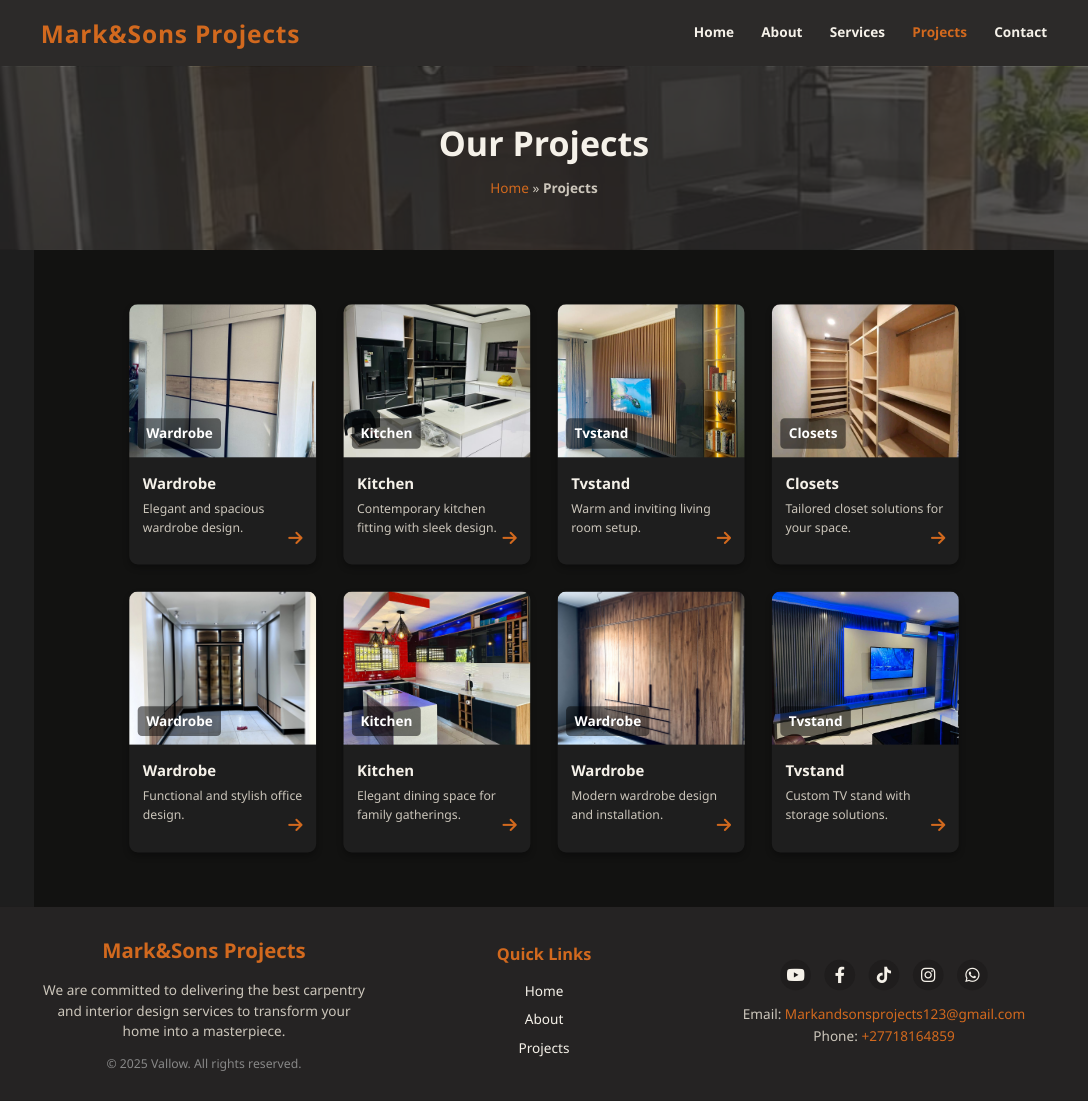
Repository: VallowEvido/Mark-SonsProjects
Page: projects.html
These files come from the project's save history. The page is drawn as it stood at one moment and after a run of saves; the edit follows.
The browser window is 1280 px wide. The pictures show the whole page, at 85% of full size.

Above is the page before, as saved 2025-07-21 16:33:26.

### projects.html
<!DOCTYPE html>
<html lang="en">
<head>
  <meta charset="UTF-8" />
  <meta name="viewport" content="width=device-width, initial-scale=1" />
  <title>Our Projects - Carpentry</title>
  <link rel="stylesheet" href="styles.css" />
  <link rel="stylesheet" href="https://cdnjs.cloudflare.com/ajax/libs/font-awesome/6.4.0/css/all.min.css" />
  <style>
    /* Lightbox styles */
    #lightboxOverlay {
      position: fixed;
      top: 0;
      left: 0;
      width: 100vw;
      height: 100vh;
      background-color: rgba(0,0,0,0.8);
      display: none;
      justify-content: center;
      align-items: center;
      z-index: 10000;
    }
    #lightboxOverlay img {
      max-width: 90%;
      max-height: 90%;
      border-radius: 10px;
      box-shadow: 0 0 20px #d2691e;
    }
    #lightboxOverlay .close-btn {
      position: absolute;
      top: 20px;
      right: 30px;
      font-size: 2rem;
      color: #fff;
      cursor: pointer;
      user-select: none;
    }
  </style>
</head>
<body>
  <nav>
    <div class="logo">Mark&Sons Projects</div>
    <ul>
      <li><a href="home.html">Home</a></li>
      <li><a href="about.html">About</a></li>
      <li><a href="services.html">Services</a></li>
      <li><a href="projects.html" class="active">Projects</a></li>
      <li><a href="contact.html">Contact</a></li>
    </ul>
  </nav>

  <section class="projects-hero">
    <div class="projects-hero-content">
      <h1>Our Projects</h1>
      <p><a href="home.html">Home</a> &raquo; <strong>Projects</strong></p>
    </div>
  </section>

  <section class="projects-main">
    <div class="projects-grid">
      <div class="project-card">
        <div class="project-image-container" style="position: relative;">
          <img src="images/wardrobe/IMG-20250712-WA0010.jpg" alt="Wardrobe" class="lightbox-trigger" />
          <div class="project-image-text" style="position: absolute; bottom: 10px; left: 10px; color: white; background-color: rgba(0,0,0,0.5); padding: 5px 10px; border-radius: 5px; font-weight: 700;">Wardrobe</div>
        </div>
        <div class="project-info">
          <h3>Wardrobe</h3>
          <p>Elegant and spacious wardrobe design.</p>
          <a href="#" class="project-link"><i class="fas fa-arrow-right"></i></a>
        </div>
      </div>
      <div class="project-card">
        <div class="project-image-container" style="position: relative;">
          <img src="images/kitchen/IMG-20241116-WA0012.jpg" alt="Kitchen" class="lightbox-trigger" />
          <div class="project-image-text" style="position: absolute; bottom: 10px; left: 10px; color: white; background-color: rgba(0,0,0,0.5); padding: 5px 10px; border-radius: 5px; font-weight: 700;">Kitchen</div>
        </div>
        <div class="project-info">
          <h3>Kitchen</h3>
          <p>Contemporary kitchen fitting with sleek design.</p>
          <a href="#" class="project-link"><i class="fas fa-arrow-right"></i></a>
        </div>
      </div>
      <div class="project-card">
        <div class="project-image-container" style="position: relative;">
          <img src="images/tvstand/IMG-20240621-WA0041.jpg" alt="Tvstand" class="lightbox-trigger" />
          <div class="project-image-text" style="position: absolute; bottom: 10px; left: 10px; color: white; background-color: rgba(0,0,0,0.5); padding: 5px 10px; border-radius: 5px; font-weight: 700;">Tvstand</div>
        </div>
        <div class="project-info">
          <h3>Tvstand</h3>
          <p>Warm and inviting living room setup.</p>
          <a href="#" class="project-link"><i class="fas fa-arrow-right"></i></a>
        </div>
      </div>
      <div class="project-card">
        <div class="project-image-container" style="position: relative;">
          <img src="images/closets/closet.jpg" alt="Closets" class="lightbox-trigger" />
          <div class="project-image-text" style="position: absolute; bottom: 10px; left: 10px; color: white; background-color: rgba(0,0,0,0.5); padding: 5px 10px; border-radius: 5px; font-weight: 700;">Closets</div>
        </div>
        <div class="project-info">
          <h3>Closets</h3>
          <p>Tailored closet solutions for your space.</p>
          <a href="#" class="project-link"><i class="fas fa-arrow-right"></i></a>
        </div>
      </div>
      <div class="project-card">
        <div class="project-image-container" style="position: relative;">
          <img src="images/wardrobe/wed2.jpg" alt="Wardrobe" class="lightbox-trigger" />
          <div class="project-image-text" style="position: absolute; bottom: 10px; left: 10px; color: white; background-color: rgba(0,0,0,0.5); padding: 5px 10px; border-radius: 5px; font-weight: 700;">Wardrobe</div>
        </div>
        <div class="project-info">
          <h3>Wardrobe</h3>
          <p>Functional and stylish office design.</p>
          <a href="#" class="project-link"><i class="fas fa-arrow-right"></i></a>
        </div>
      </div>
      <div class="project-card">
        <div class="project-image-container" style="position: relative;">
          <img src="images/kitchen/IMG-20241116-WA0015.jpg" alt="Kitchen" class="lightbox-trigger" />
          <div class="project-image-text" style="position: absolute; bottom: 10px; left: 10px; color: white; background-color: rgba(0,0,0,0.5); padding: 5px 10px; border-radius: 5px; font-weight: 700;">Kitchen</div>
        </div>
        <div class="project-info">
          <h3>Kitchen</h3>
          <p>Elegant dining space for family gatherings.</p>
          <a href="#" class="project-link"><i class="fas fa-arrow-right"></i></a>
        </div>
      </div>
      <div class="project-card">
        <div class="project-image-container" style="position: relative;">
          <img src="images/wardrobe/IMG-20250706-WA0008.jpg" alt="Wardrobe" class="lightbox-trigger" />
          <div class="project-image-text" style="position: absolute; bottom: 10px; left: 10px; color: white; background-color: rgba(0,0,0,0.5); padding: 5px 10px; border-radius: 5px; font-weight: 700;">Wardrobe</div>
        </div>
        <div class="project-info">
          <h3>Wardrobe</h3>
          <p>Modern wardrobe design and installation.</p>
          <a href="#" class="project-link"><i class="fas fa-arrow-right"></i></a>
        </div>
      </div>
      <div class="project-card">
        <div class="project-image-container" style="position: relative;">
          <img src="images/tvstand/IMG-20250712-WA0015.jpg" alt="Tvstand" class="lightbox-trigger" />
          <div class="project-image-text" style="position: absolute; bottom: 10px; left: 10px; color: white; background-color: rgba(0,0,0,0.5); padding: 5px 10px; border-radius: 5px; font-weight: 700;">Tvstand</div>
        </div>
        <div class="project-info">
          <h3>Tvstand</h3>
          <p>Custom TV stand with storage solutions.</p>
          <a href="#" class="project-link"><i class="fas fa-arrow-right"></i></a>
        </div>
      </div>
    </div>
  </section>

  <footer class="site-footer">
    <div id="lightboxOverlay">
      <span class="close-btn" id="lightboxClose">&times;</span>
      <img id="lightboxImage" src="" alt="Expanded project image" />
    </div>
    <div class="footer-container">
      <div class="footer-left">
        <h3>Mark&Sons Projects</h3>
        <p>We are committed to delivering the best carpentry and interior design services to transform your home into a masterpiece.</p>
        <p class="rights">© 2025 Vallow. All rights reserved.</p>
      </div>
      <div class="footer-center">
        <h4>Quick Links</h4>
        <ul class="footer-links">
          <li><a href="home.html">Home</a></li>
          <li><a href="about.html">About</a></li>
          <li><a href="projects.html">Projects</a></li>
        </ul>
      </div>
      <div class="footer-right">
        <div class="social-icons">
          <a href="https://www.youtube.com/channel/UC0Jy5UPg4950wgbBKARIvhw" aria-label="YouTube" class="youtube"><i class="fab fa-youtube"></i></a>
          <a href="#" aria-label="Facebook" class="facebook"><i class="fab fa-facebook-f"></i></a>
          <a href="#" aria-label="TikTok" class="tiktok"><i class="fab fa-tiktok"></i></a>
          <a href="#" aria-label="Instagram" class="instagram"><i class="fab fa-instagram"></i></a>
          <a href="https://wa.me/27718164859" aria-label="WhatsApp" class="whatsapp"><i class="fab fa-whatsapp"></i></a>
        </div>
        <div class="contact-details">
          <p>Email: <a href="mailto:Markandsonsprojects123@gmail.com">Markandsonsprojects123@gmail.com</a></p>
          <p>Phone: <a href="tel:+27718164859">+27718164859</a></p>
        </div>
      </div>
    </div>
  </footer>

  <script>
    (function() {
      const lightboxOverlay = document.getElementById('lightboxOverlay');
      const lightboxImage = document.getElementById('lightboxImage');
      const lightboxClose = document.getElementById('lightboxClose');
      const triggers = document.querySelectorAll('.lightbox-trigger');

      triggers.forEach(trigger => {
        trigger.addEventListener('click', function() {
          lightboxImage.src = this.src;
          lightboxOverlay.style.display = 'flex';
        });
      });

      lightboxClose.addEventListener('click', function() {
        lightboxOverlay.style.display = 'none';
        lightboxImage.src = '';
      });

      lightboxOverlay.addEventListener('click', function(e) {
        if (e.target === lightboxOverlay) {
          lightboxOverlay.style.display = 'none';
          lightboxImage.src = '';
        }
      });
    })();
  </script>
</body>
</html>

Loaded but not shown: styles.css (1719 lines, source omitted)

After the next 5 saves:
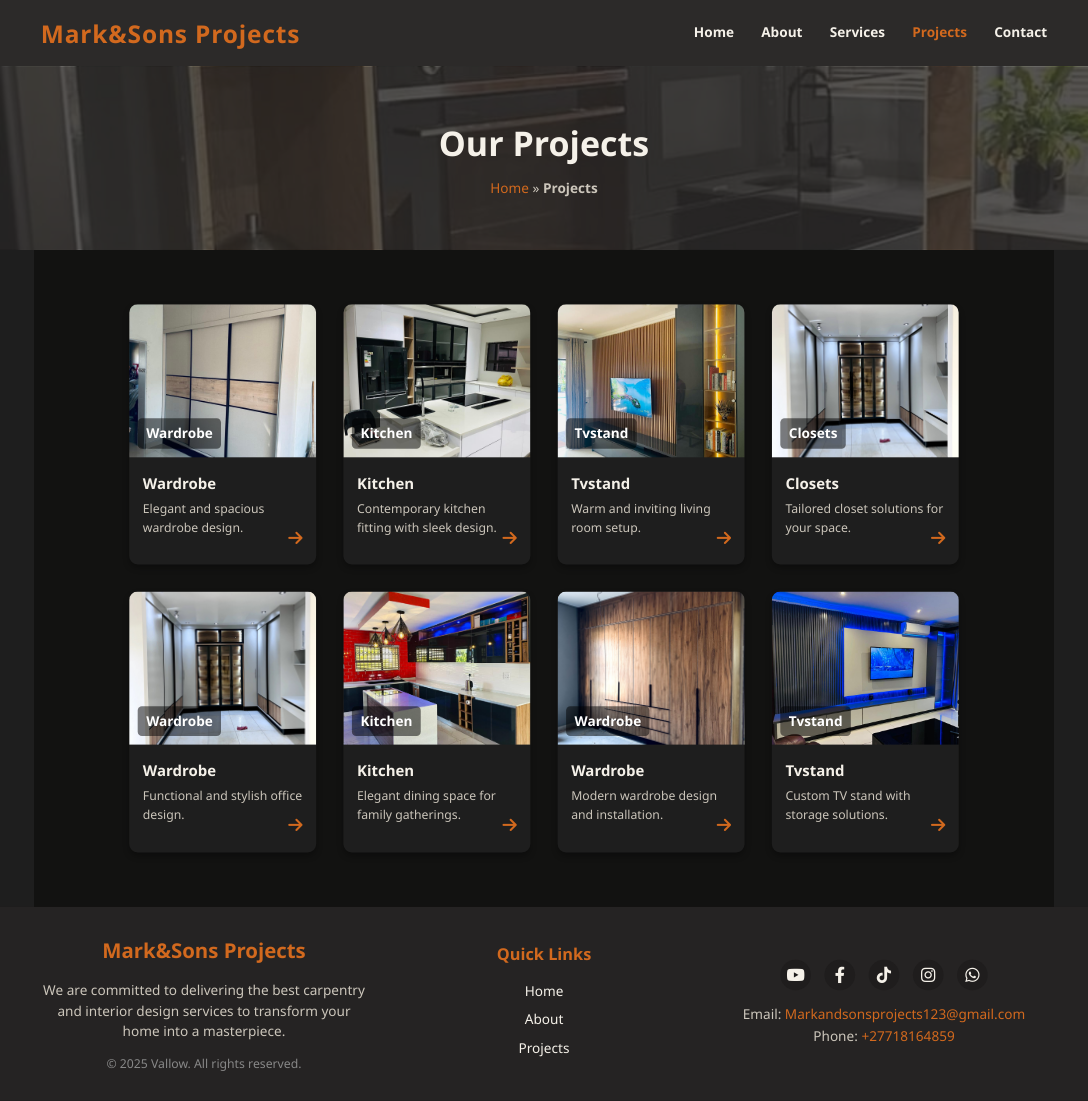
The 5 saves are shown as one change because they came seconds apart.
The last was saved 2 min 41 s later.
--- a/projects.html
+++ b/projects.html
@@ -93,7 +93,7 @@
       </div>
       <div class="project-card">
         <div class="project-image-container" style="position: relative;">
-          <img src="images/closets/closet.jpg" alt="Closets" class="lightbox-trigger" />
+          <img src="images/wardrobe/wed2.jpg" alt="Closets" class="lightbox-trigger" />
           <div class="project-image-text" style="position: absolute; bottom: 10px; left: 10px; color: white; background-color: rgba(0,0,0,0.5); padding: 5px 10px; border-radius: 5px; font-weight: 700;">Closets</div>
         </div>
         <div class="project-info">
